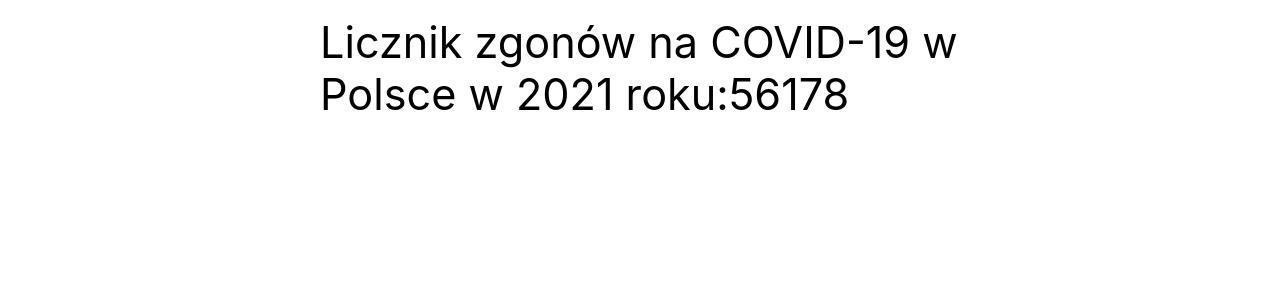
Repository: michalgornicki/poland-covid
Page: /
An editor plug-in stored every save of this project. The page is shown before and after a run of saves, followed by the edit.
The browser window is 1280 px wide. The pictures show the whole page.
The project was rebuilt for these pictures with package versions that can differ from the ones it lists, and the page was loaded fresh each time.

Above is the page before, as saved 2021-12-04 19:06:57.

### src/App.jsx
import React, { useEffect } from 'react';
import './App.css';

function App() {



  const startTime = () => {
    const date = new Date();
    let miliseconds = date.getTime();
    let seconds = Math.round(miliseconds/1000);
    let hours = seconds/3600;
    let thisYearHours = Math.round(hours - 447056);
    let thisYearSeconds = Math.round(seconds - 1609401600)

    let deaths = Math.round(thisYearSeconds*0.00192110763);
    document.getElementsByClassName('counter')[0].innerHTML = "Licznik zgonów na COVID-19 w Polsce w 2021 roku:" + deaths;
    setTimeout(startTime, 1000);
  }

  useEffect(() => {
    startTime()
  });

  return (
    <p>
      <div className="counter">{""}</div>
    </p>
  );
}

export default App;

### src/App.css
.counter{
    font-size: 6vmin;
    display: block;
    margin: auto;
    width: 50%;
}

Loaded but not shown: public/index.html (common file); src/index.js (common file); src/index.css (common file); src/reportWebVitals.js (common file)

After the next 7 saves:
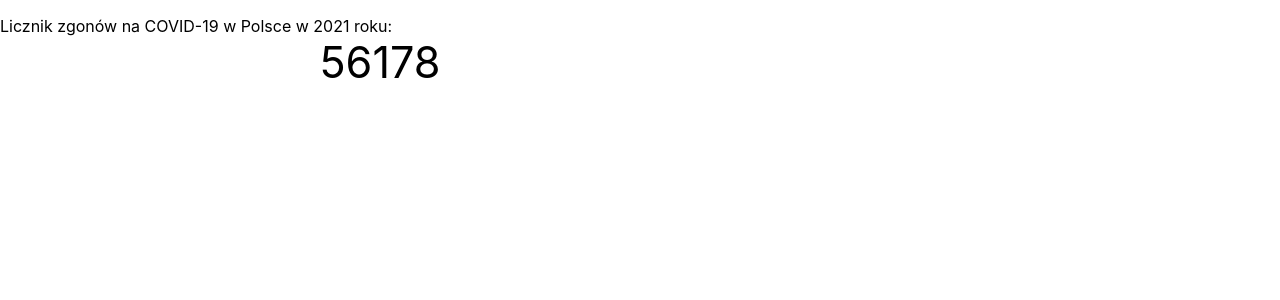
The 7 saves are shown as one change because they came seconds apart.
The last was saved 23 s later.
--- a/src/App.jsx
+++ b/src/App.jsx
@@ -14,7 +14,7 @@ function App() {
     let thisYearSeconds = Math.round(seconds - 1609401600)
 
     let deaths = Math.round(thisYearSeconds*0.00192110763);
-    document.getElementsByClassName('counter')[0].innerHTML = "Licznik zgonów na COVID-19 w Polsce w 2021 roku:" + deaths;
+    document.getElementsByClassName('counter')[0].innerHTML =  deaths;
     setTimeout(startTime, 1000);
   }
 
@@ -24,6 +24,7 @@ function App() {
 
   return (
     <p>
+      <div className="header">Licznik zgonów na COVID-19 w Polsce w 2021 roku:</div>
       <div className="counter">{""}</div>
     </p>
   );
